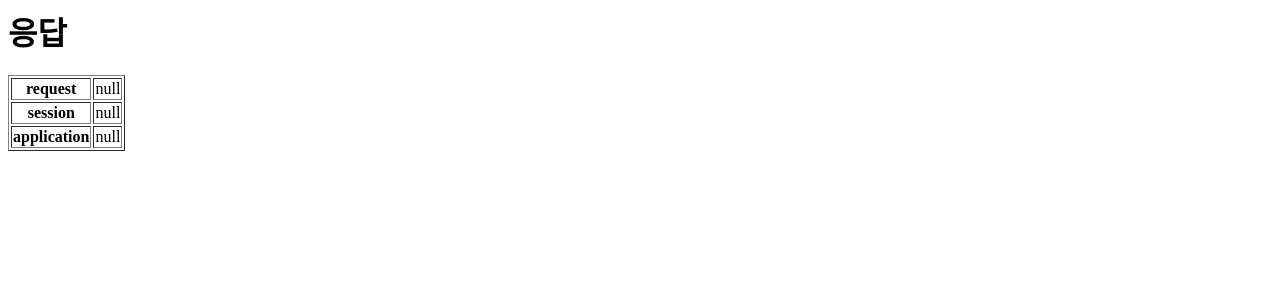
Repository: jmjnssss/CodingTest
Page: http://localhost/Jsp06_Scope/scope.do
The author's editor kept a copy of each file at every save. The page is drawn from the files as they stood at one save, then again after the next save.
The browser window is 1280 px wide. The pictures show the whole page.
The page is served by Tomcat 9.

Above is the page before, as saved 2021-02-23 05:53:27.

After the next save:
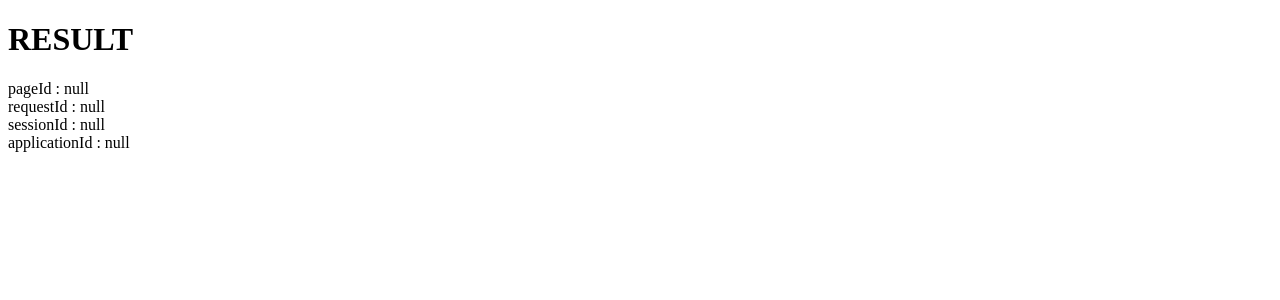
Saved 50 s later.
--- a/Jsp06_Scope/src/com/scope/controller/ScopeController.java
+++ b/Jsp06_Scope/src/com/scope/controller/ScopeController.java
@@ -3,6 +3,7 @@ package com.scope.controller;
 import java.io.IOException;
 import java.io.PrintWriter;
 
+import javax.servlet.RequestDispatcher;
 import javax.servlet.ServletContext;
 import javax.servlet.ServletException;
 import javax.servlet.annotation.WebServlet;
@@ -55,6 +56,8 @@ public class ScopeController extends HttpServlet {
 		out.println(html);
 
 
+		RequestDispatcher dispatch = request.getRequestDispatcher("result.jsp");
+		dispatch.forward(request, response);
 
 
 
